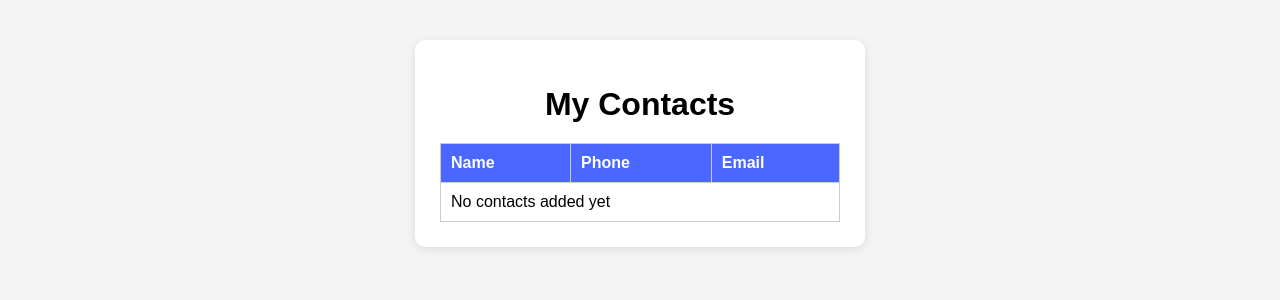
Repository: Slyadavkir/wipro-projects
Page: http://localhost/ContactManager/contacts.jsp
The author's editor kept a copy of each file at every save. The page is drawn from the files as they stood at one save, then again after the next save.
The browser window is 1280 px wide. The pictures show the whole page.
The page is served by Tomcat 9. Other server files are loaded and not shown.

Above is the page before, as saved 2026-05-10 11:58:07.

### ContactManager/src/main/webapp/contacts.jsp
<%@ page import="java.util.List" %>
<%@ page import="com.contactmanager.model.Contact" %>

<!DOCTYPE html>
<html>
<head>

    <title>Contact Manager</title>

    <meta charset="UTF-8">

    <meta name="viewport"
          content="width=device-width, initial-scale=1.0">

    <link rel="stylesheet"
          href="${pageContext.request.contextPath}/css/style.css">

</head>

<body>

<div class="contact-card">

    <h1>My Contacts</h1>

    <div class="table-container">

        <table>

            <thead>

            <tr>

                <th>Name</th>
                <th>Phone</th>
                <th>Email</th>

            </tr>

            </thead>

            <tbody>

            <%

                List<Contact> contacts =
                        (List<Contact>)
                                session.getAttribute("contacts");

                if(contacts!=null &&
                        !contacts.isEmpty()){

                    for(Contact c : contacts){

            %>

            <tr>

                <td><%= c.getName() %></td>
                <td><%= c.getPhone() %></td>
                <td><%= c.getEmail() %></td>

            </tr>

            <%
                    }

                }else{
            %>

            <tr>

                <td colspan="3"
                    class="empty-msg">

                    No contacts added yet

                </td>

            </tr>

            <%
                }
            %>

            </tbody>

        </table>

    </div>

</div>

</body>
</html>

### ContactManager/src/main/webapp/css/style.css
body{
    font-family: Arial, sans-serif;
    background:#f4f4f4;
    margin:0;
    padding:40px;
}

.contact-card{
    width:400px;
    margin:auto;
    background:white;
    padding:25px;
    border-radius:10px;
    box-shadow:0 2px 10px rgba(0,0,0,0.1);
}

h1{
    text-align:center;
    margin-bottom:20px;
}

.subtitle{
    text-align:center;
    color:gray;
    margin-bottom:20px;
}

input{
    width:100%;
    padding:10px;
    margin-top:5px;
    margin-bottom:15px;
    border:1px solid #ccc;
    border-radius:5px;
}

button{
    width:100%;
    padding:10px;
    border:none;
    background:#4a67ff;
    color:white;
    border-radius:5px;
    cursor:pointer;
}

button:hover{
    background:#3451db;
}

table{
    width:100%;
    border-collapse:collapse;
    margin-top:20px;
}

table th,
table td{
    border:1px solid #ccc;
    padding:10px;
    text-align:left;
}

table th{
    background:#4a67ff;
    color:white;
}

After the next save:
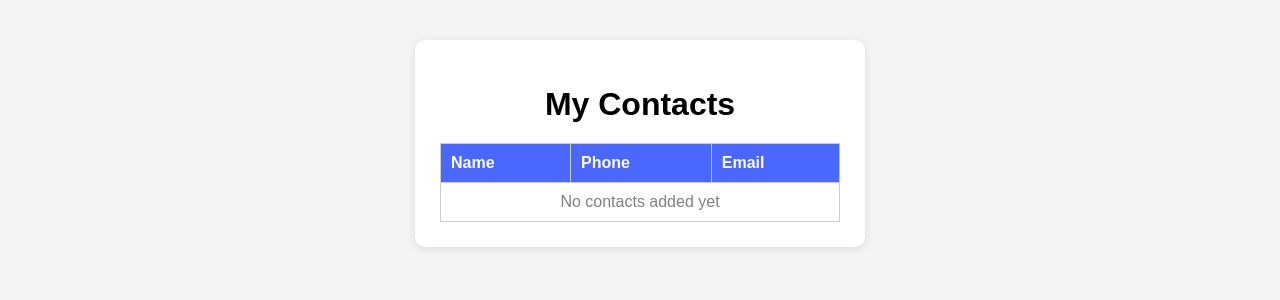
Saved 95 s later.
--- a/ContactManager/src/main/webapp/css/style.css
+++ b/ContactManager/src/main/webapp/css/style.css
@@ -25,16 +25,29 @@ h1{
     margin-bottom:20px;
 }
 
+.form-container{
+    margin-top:20px;
+}
+
+.input-group{
+    margin-bottom:15px;
+}
+
+.input-group label{
+    display:block;
+    margin-bottom:5px;
+}
+
 input{
     width:100%;
     padding:10px;
-    margin-top:5px;
-    margin-bottom:15px;
     border:1px solid #ccc;
     border-radius:5px;
+    box-sizing:border-box;
 }
 
-button{
+.add-btn,
+.save-btn{
     width:100%;
     padding:10px;
     border:none;
@@ -42,16 +55,21 @@ button{
     color:white;
     border-radius:5px;
     cursor:pointer;
+    margin-top:10px;
 }
 
-button:hover{
+.add-btn:hover,
+.save-btn:hover{
     background:#3451db;
+}
+
+.table-container{
+    margin-top:20px;
 }
 
 table{
     width:100%;
     border-collapse:collapse;
-    margin-top:20px;
 }
 
 table th,
@@ -65,3 +83,8 @@ table th{
     background:#4a67ff;
     color:white;
 }
+
+.empty-msg{
+    text-align:center;
+    color:gray;
+}
